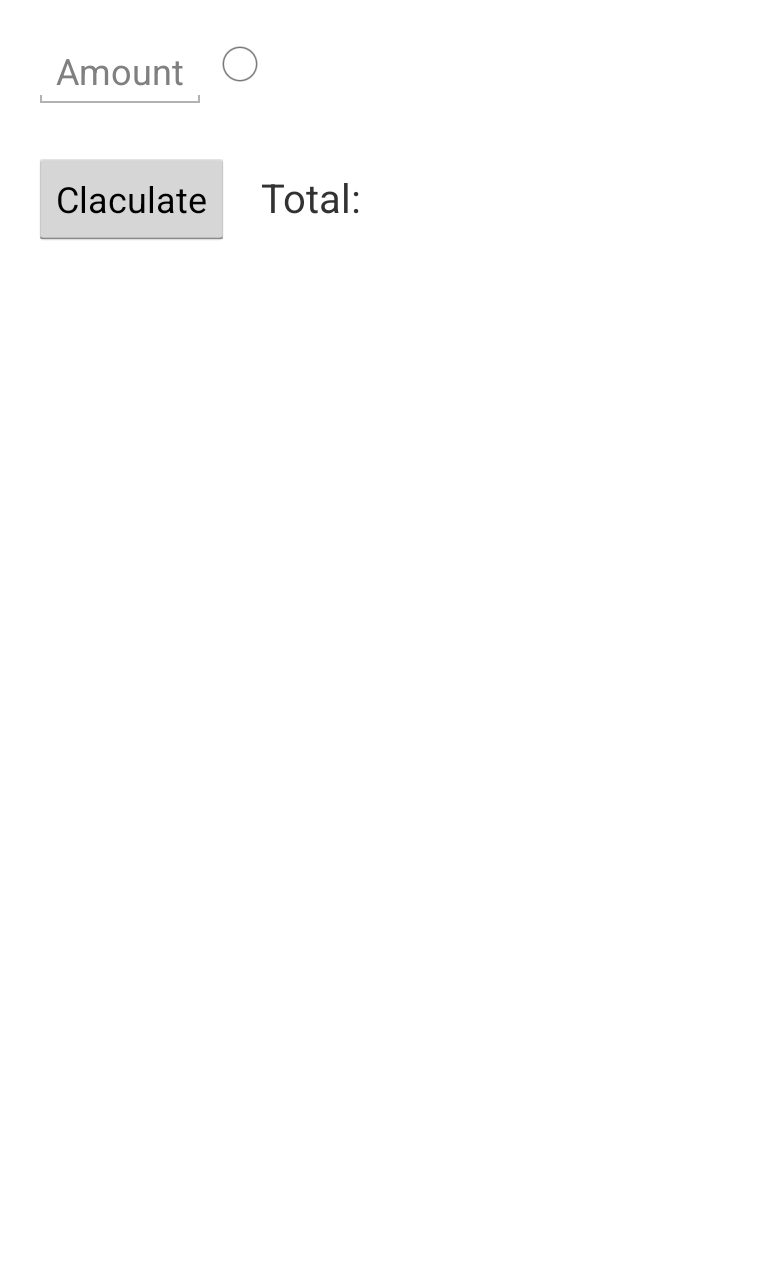
Repository: ericMedeiros93/Android-Dev
Layout: week3_1/res/layout/activity_main.xml
These files come from the project's save history. The layout is drawn as it stood at one moment and after the next save; the edit follows.
It is drawn on a 768 x 1280 px phone screen (xhdpi) without system bars, with theme AppTheme; the app's code is not run.

Above is the layout before, as saved 2014-09-17 15:53:33.

After the next save:
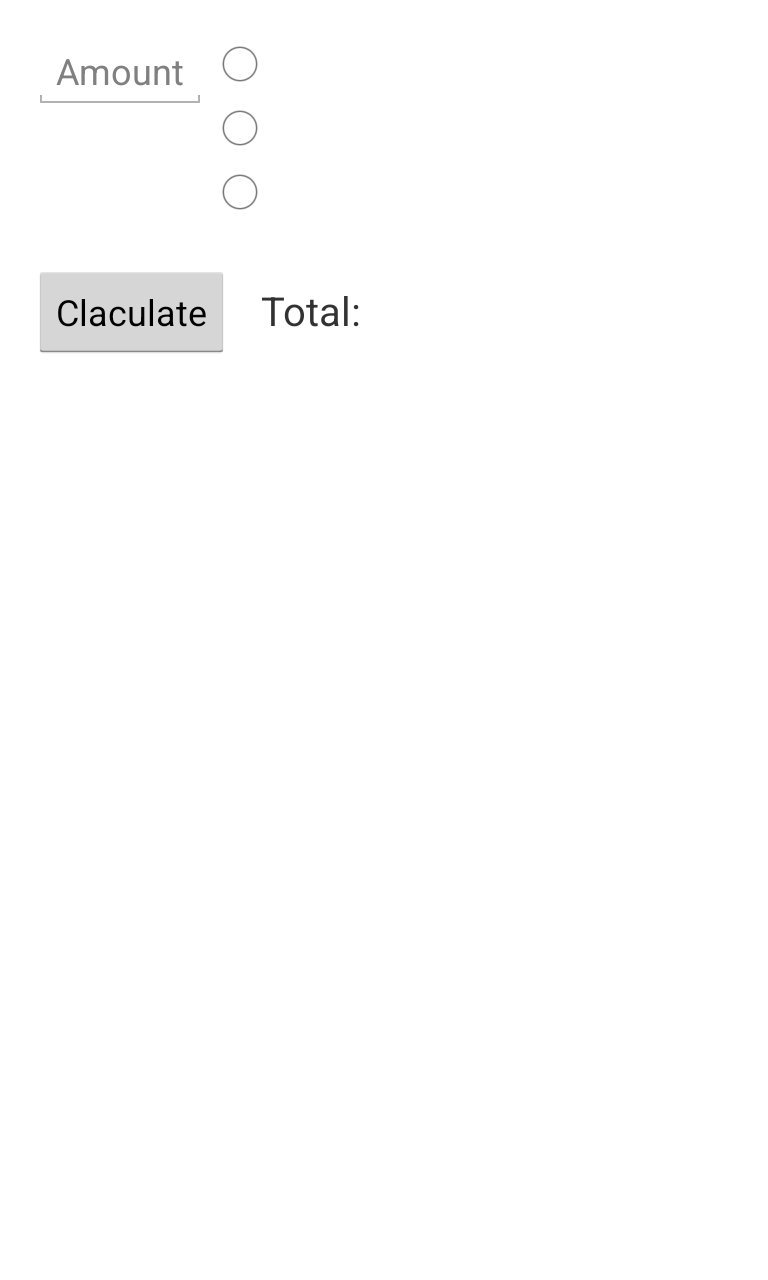
Saved 18 s later.
--- a/week3_1/res/layout/activity_main.xml
+++ b/week3_1/res/layout/activity_main.xml
@@ -28,6 +28,15 @@
                 android:id="@+id/radNone"
                 android:layout_width="match_parent"
         		android:layout_height="wrap_content"/>
+
+            <RadioButton
+                android:id="@+id/radGst"
+                android:layout_width="match_parent"
+        		android:layout_height="wrap_content"/>
+            <RadioButton
+                android:id="@+id/radHst"
+                android:layout_width="match_parent"
+        		android:layout_height="wrap_content"/>
         </RadioGroup>
 
     </LinearLayout>
